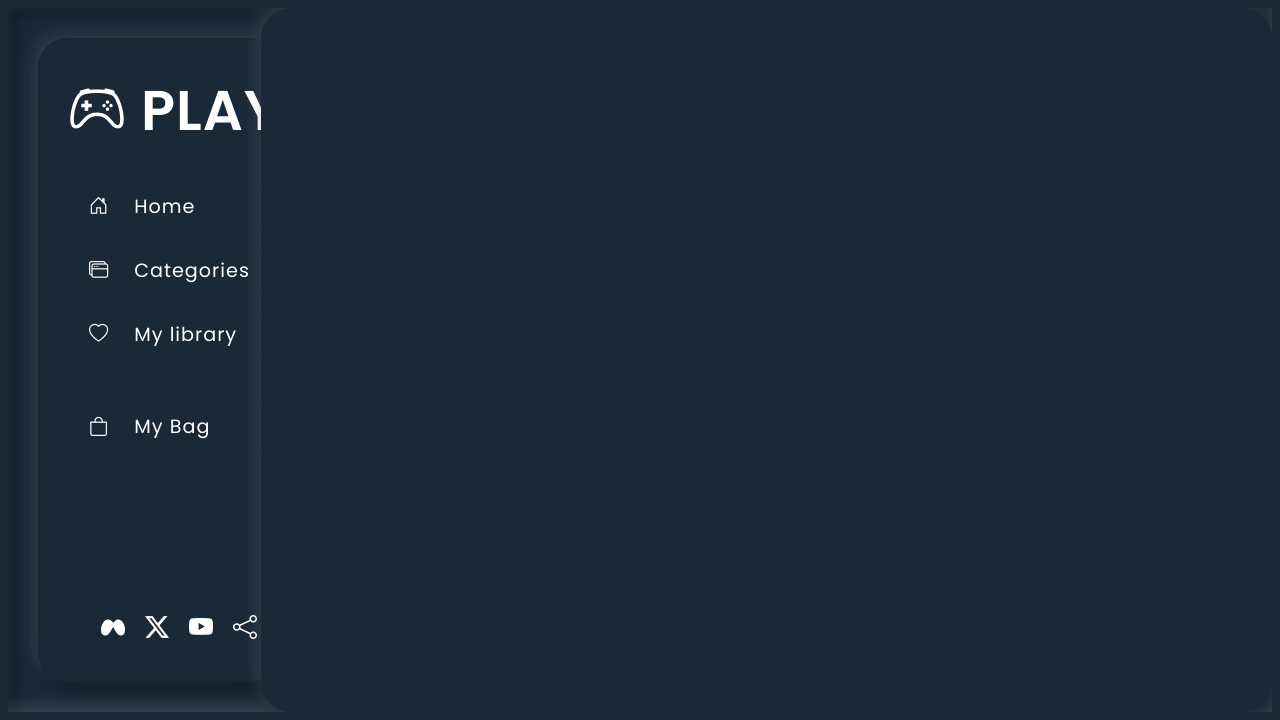
Repository: Ego-Wolf/Ecommerce-game-Reactjs
Page: /
An editor plug-in stored every save of this project. The page is shown before and after the next save, followed by the edit.
The browser window is 1280 px wide. The pictures show the whole page.
The project was rebuilt for these pictures with package versions that can differ from the ones it lists, and the page was loaded fresh each time.

Above is the page before, as saved 2023-12-21 23:35:28.

### public/index.html
<!DOCTYPE html>
<html lang="en">
  <head>
    <meta charset="utf-8" />
    <link rel="icon" href="%PUBLIC_URL%/favicon.ico" />
    <meta name="viewport" content="width=device-width, initial-scale=1" />
    <meta name="theme-color" content="#000000" />
    <meta
      name="description"
      content="Web site created using create-react-app"
    />
    <link rel="apple-touch-icon" href="%PUBLIC_URL%/logo192.png" />
    <link rel="manifest" href="%PUBLIC_URL%/manifest.json" />
    <title>Wolf Ecommerce | Game</title>
    <!-- Bootstraps & Icon -->
    <link href="https://cdn.jsdelivr.net/npm/bootstrap@5.3.2/dist/css/bootstrap.min.css" rel="stylesheet" integrity="sha384-T3c6CoIi6uLrA9TneNEoa7RxnatzjcDSCmG1MXxSR1GAsXEV/Dwwykc2MPK8M2HN" crossorigin="anonymous">
    <link rel="stylesheet" href="https://cdn.jsdelivr.net/npm/bootstrap-icons@1.11.2/font/bootstrap-icons.min.css">
  </head>
  <body>
    <noscript>You need to enable JavaScript to run this app.</noscript>
    <div id="root"></div>

  </body>
</html>

### src/App.js
import React from 'react';
import './App.css';
import Main from "./pages/Main";

function App() {
  return (
    <Main/>
  );
}

export default App;

### src/App.css
/* Google Font */
@import url('https://fonts.googleapis.com/css2?family=Poppins:wght@300;400;500;600;700;800;900&display=swap');


*{
  padding: 0;
  margin: 0;
  box-sizing: border-box;
}

:root {
  --primary: #0d171f;
  --second: #0998a8;
  --bgColor: #192938;
}

h1,
h2,
h4,
p {
  color: #ffffff;
}

body {
  position: relative;
  background: var(--bgColor);
  font-family: 'Poppins', sans-serif;
  width: 100%;
  min-height: 100vh;
  overflow: hidden;
}

### src/pages/Main.jsx
import React from 'react'
import './Main.css'
import SideMenu from '../components/SideMenu'

function Main() {
  return (
    <main>
        <SideMenu/>
        <div className="banner">

        </div>
    </main>
  )
}

export default Main

### src/pages/Main.css
main {
    position: absolute;
    top: 0;
    left: 0;
    right: 0;
    bottom: 0;
    padding: 30px;
    border: 8px solid var(--bgColor);
    box-shadow: -5px -5px 15px rgba(255, 255, 255, 0.15),
    5px 5px 15px rgba(0, 0, 0, 0.35),
    inset -5px -5px 15px rgba(255, 255, 255, 0.15),
    inset 5px 5px 15px rgba(0, 0, 0, 0.35);
    display: flex;
    justify-content: space-between;
    align-items: center;
    gap: 30px;
    overflow: hidden;
    transition: 0.5s;
}

.banner {
    position: absolute;
    left: 20%;
    width: 80%;
    height: 100%;
    border-radius: 30px;
    border: 1px solid var(--bgColor);
    background: var(--bgColor);
    box-shadow: -5px -5px 15px rgba(255, 255, 255, 0.1),
    5px 5px 15px rgba(0, 0, 0, 0.35);
    transition: 1s;
}

### src/components/SideMenu.jsx
import React, {useState} from 'react'
import './SideMenu.css'
import NavListItem from './NavListItem'
import navListData from '../data/navListData'
import socialListData from '../data/socialListData'
import SocialListItem from './SocialListItem'

function SideMenu() {
  const [navData, setNavData] = useState(navListData);
  const [socialData, setSocialData] = useState(socialListData);

  return (
    <div className="sideMenu">
        <a href="#" className="logo">
            <i class="bi bi-controller"></i>
            <span className="brand">Play</span>
        </a>
        <ul className="nav">
          {navData.map(item => (
            <NavListItem key={item._id} item={item} />
          ))}
        </ul>

        <ul className="social">
          {socialData.map(item => (
            <SocialListItem key={item._id} item={item} />
          ))}
        </ul>

    </div>
  );
}

export default SideMenu;

### src/components/SideMenu.css
.sideMenu {
    width: 20%;
    height: 100%;
    padding: 30px;
    border: 1px solid rgba(0, 0, 0, 0.1);
    border-radius: 30px;
    background: var(--bgColor);
    box-shadow: -5px -5px 15px rgba(255, 255, 255, 0.1), 5px 5px 15px rgba(0, 0, 0, 0.35);
    display: flex;
    flex-direction: column;
    transition: 1s;
}

.sideMenu .logo {
    position: relative;
    text-decoration: none;
    display: inline-flex;
    align-items: center;
    gap: 15px;
    color: #ffffff;
    font-size: 3.5em;
    font-weight: 600;
    letter-spacing: 1px;
    text-transform: uppercase;
}

.sideMenu .nav {
    margin-top: 30px;
    display: flex;
    flex-direction: column;
    list-style: none;
    gap: 15px;
}

.sideMenu .nav li a {
    text-decoration: none;
    color: #ffffff;
    font-size: 1.2em;
    letter-spacing: 1px;
    display: inline-flex;
    gap: 25px;
    background: var(--bgColor);
    border-radius: 20px;
    padding: 10px 20px;
    width: 100%;
    transition: 0.5s;
}

.sideMenu .nav li a:hover,
.sideMenu .nav li a:active {
    box-shadow: -5px -5px 15px rgba(255, 255, 255, 0.1), 5px 5px 15px rgba(0, 0, 0, 0.35);
}

/* Social */
.sideMenu .social {
    position: absolute;
    bottom: 50px;
    display: flex;
    align-items: center;
    list-style: none;
    gap: 20px;
    transition: 0.5s;
}

.sideMenu .social li a {
    text-decoration: none;
    color: #ffffff;
    font-size: 1.5rem;
    transition: 0.3s;
}

.sideMenu .social li a:hover {
    color: var(--second);
}

.sideMenu .social li .share {
    background: (--second);
    padding: 10px;
    width: 35px;
    height: 35px;
    border-radius: 50%;
    transition: 0.3s;
}

.sideMenu .social li .share:hover {
    background: var(--primary);
}

### src/components/NavListItem.jsx
import React from 'react'
import './NavListItem.css'

function NavListItem({ item }) {
  return (
    <li>
        <a href="#">
            <i className={`bi ${item.icon}`}></i>
            <span className="navName">{item.name}</span>
        </a>
    </li>
  )
}

export default NavListItem

### src/data/navListData.js
const navListData = [
    {
        _id: 1,
        target: 'home',
        name: 'Home',
        icon: 'bi-house-door',
        active: true,
    },
    {
        _id: 2,
        target: 'categories',
        name: 'Categories',
        icon: 'bi-window-stack',
        active: false,
    },
    {
        _id: 3,
        target: 'library',
        name: 'My library',
        icon: 'bi-heart',
        active: false,
    },
    {
        _id: 4,
        target: 'bag',
        name: 'My Bag',
        icon: 'bi-bag',
        active: false,
    },
];

export default navListData;

### src/data/socialListData.js
const socialListData = [
    {
        _id: 1,
        // target: 'meta',
        // name: 'Meta',
        icon: 'bi bi-meta',
        active: true,
    },
    {
        _id: 2,
        // target: 'categories',
        // name: 'Categories',
        icon: 'bi-twitter-x ',
        active: false,
    },
    {
        _id: 3,
        // target: 'library',
        // name: 'My library',
        icon: 'bi-youtube',
        active: false,
    },
    {
        _id: 4,
        // target: 'bag',
        // name: 'My Bag',
        icon: 'bi-share',
        active: false,
    },
];

export default socialListData;

### src/components/SocialListItem.jsx
import React from 'react'
import './SocialListItem.css'

function SocialListItem({ item }) {
  return (
    <li>
      <a href="#">
        <i className={`bi ${item.icon}`}></i>
      </a>
    </li>
  )
}

export default SocialListItem

Loaded but not shown: src/index.js (common file); src/index.css (common file); src/reportWebVitals.js (common file); src/components/NavListItem.css (no stored copy; drawn as an empty file); src/components/SocialListItem.css (no stored copy; drawn as an empty file)

After the next save:
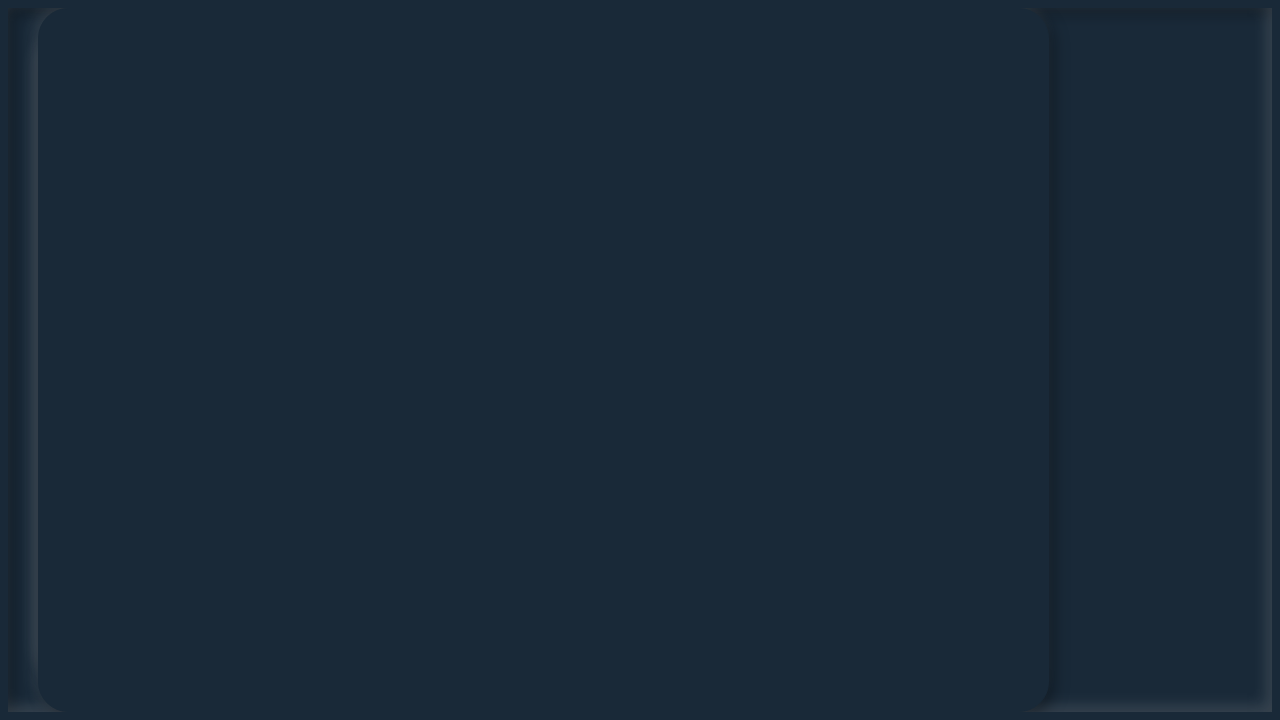
Saved 6 s later.
--- a/src/pages/Main.css
+++ b/src/pages/Main.css
@@ -20,7 +20,6 @@ main {
 
 .banner {
     position: absolute;
-    left: 20%;
     width: 80%;
     height: 100%;
     border-radius: 30px;
